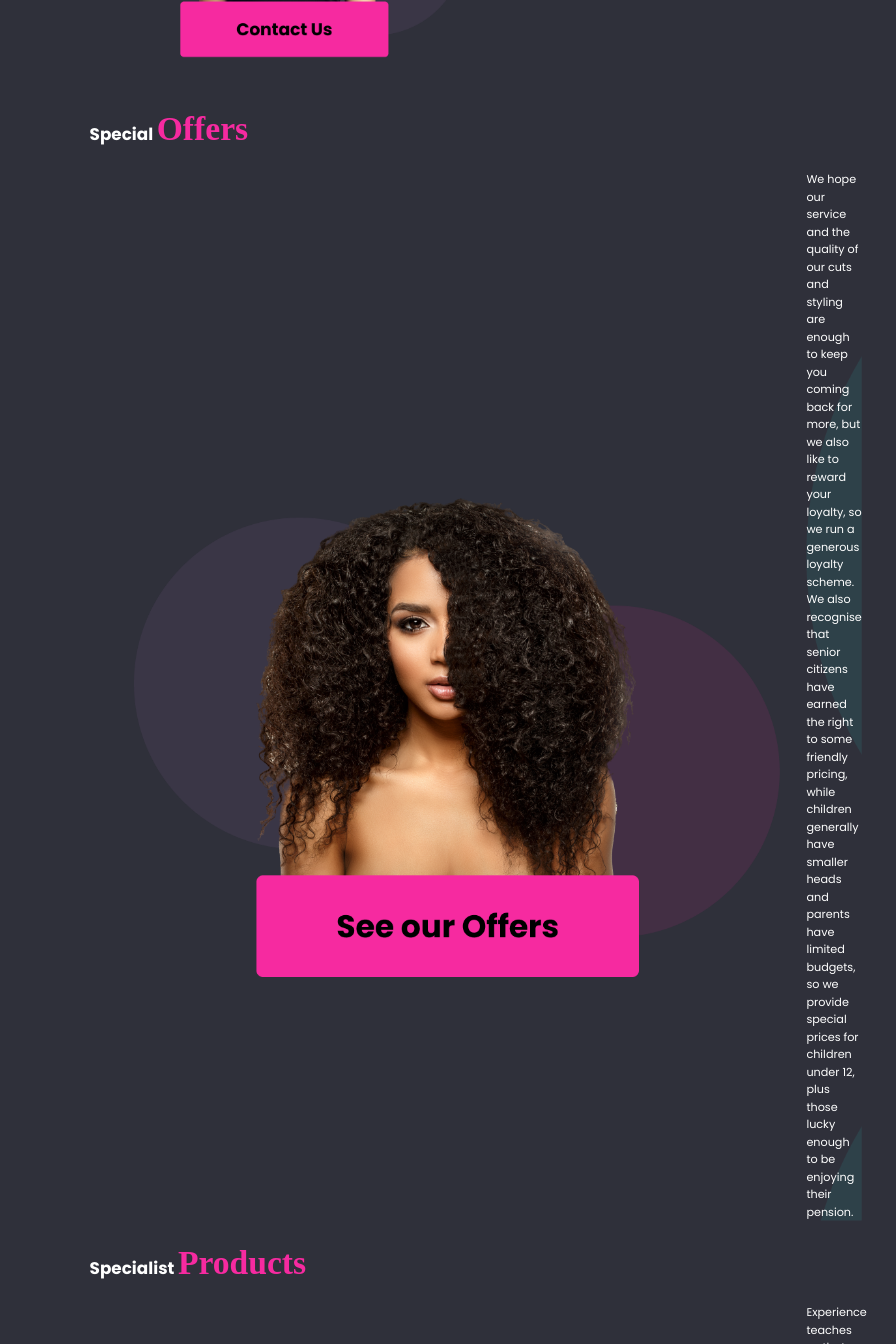
Repository: Troy-Bolt/verustroy-
Page: index.html
The author's editor kept a copy of each file at every save. The page is drawn from the files as they stood at one save, then again after the next save.
The browser window is 1280 px wide. The pictures show the part of the page from y = 3041 to 4961 px (the page is 9380 px tall before and 8412 px after), at 70% of full size.
Backgrounds fixed to the window are drawn as part of the page. Some web fonts or font styles are not loaded; a fallback is used.

Above is the page before, as saved 2022-04-27 09:07:31.

### index.html
<!DOCTYPE html>
<html lang="en">

<head>
    <meta charset="UTF-8">
    <meta http-equiv="X-UA-Compatible" content="IE=edge">
    <meta name="viewport" content="width=device-width, initial-scale=1.0">
    <title>Verus Amor</title>
    <link rel="stylesheet" href="/CSS/style.css">
    <script defer src="navbar.js"></script>
    <link href="https://fonts.googleapis.com/icon?family=Material+Icons" rel="stylesheet">
</head>

<body>
    <header>
        <h1 class="logo"><a class="current" href="/index.html" class="homepage-link">Verus Amor Barbers & Salon</a></h1>
        <input type="checkbox" name="" id="nav-toggle" class="nav-toggle">
        <nav>
            <ul class="size">
                <li><a href="/treatments.html">Treatments & Prices</a></li>
                <li><a href="/team.html">Team & Salon</a></li>
                <li><a href="/contact.html">Contact Us</a></li>
            </ul>
        </nav>
        <label for="nav-toggle" class="nav-toggle-label">
            <span></span>
        </label>
    </header>
    <div class="container">
        <h1 id="top-space">More than just <span>Hair</span></h1>

        <div class="row">

           <a class="colb" href=""><img src="img/AboutUs.png" alt="" class="col"></a>
            <p class="test text col">Verus Amor translates to True Love, something we show everyday in our work. Every
                cut,
                every colour, every shave is done with the utmost love, care and attention to detail. We love what we
                do,
                and nothing makes us happier than seeing our clients walk out of our salon looking their best - proudly
                showing off their new hair style along with a beaming smile. This makes us proud. So if you need a trim
                or
                fancy a new look, come and let us take care of you.</p>
        </div>

        <h1>Ethical <span>Treatments</span></h1>
        <div class="row">

            <a class="colb" href=""> <img src="img/EthTreatments.png" alt=""></a>
            <p class="test text col left-side">We believe in using vegan, sustainable and ethical products that don’t harm
                animals. We
                source from companies that leave less of a footprint on Mother Earth, and check their solutions are
                cruelty-free. You can relax, safe in the knowledge that whatever we’re using to style your hair has been
                checked and comes from an ethical and responsible place. There is enough cruelty in this world, and we
                believe that hairdressers and barbers can do their bit.</p>
        </div>
        <h1>Ladies' <span>Hairdressers</span></h1>
        <div class="row">

            <a class="colb" href="">  <img src="img/MeetDonna.png" alt=""></a>
            <p class="test text col">
                Donna has over two decades of experience cutting, colouring & styling ladies’ hair, with qualifications,
                accreditations & certifications covering everything from the basics of styling to more complex
                treatments. Skilled in blended ombré style & free-hand painted balayage colour techniques, & certified
                for OLAPLEX bond-building technology, this senior stylist is highly skilled in modern and traditional
                hairdressing, offering bespoke service to each client.
            </p>
        </div>
        <h1>Gents' <span>Barber</span></h1>
        <div class="row">

            <a class="colb" href="">  <img src="img/MeetCarl.png" alt=""></a>
            <p class="test text col">
                Master Barber Carl has been crafting fresh, stylish looks for men since before the millennium, & has a
                wealth of experience to help his clients in the barber’s chair. Beards, nasal hair, eyebrows, sideburns,
                modern, classic & traditional hairstyles - whatever the hair, he’ll help you make the most of it &
                ensure you leave feeling like a new man. His purpose in life is to make men look & feel great, and there
                isn’t a style or technique he hasn’t mastered.
            </p>
        </div>
        <h1>Booking <span>Appointments</span></h1>
        <div class="row">

            <a class="colb" href="">   <img src="img/ContactUs.png" alt=""></a>
            <p class="test text col">
                We recommend booking appointments in advance, but we also welcome walk-ins. If you like to have your
                hair done regularly and prefer a certain day of the month then we can make you a regular appointment. If
                you don’t mind sitting in our waiting area while we take care of someone’s hair style, you can enjoy
                watching us do what we do best while sitting in our waiting area, enjoy looking through styling
                magazines or join-in with the conversation.
            </p>
        </div>
        <h1>Special <span>Offers</span></h1>
        <div class="row">
            <img src="img/OurOffers.png" alt="">
            <p class="test text col">
                We hope our service and the quality of our cuts and styling are enough to keep you coming back for more,
                but we also like to reward your loyalty, so we run a generous loyalty scheme. We also recognise that
                senior citizens have earned the right to some friendly pricing, while children generally have smaller
                heads and parents have limited budgets, so we provide special prices for children under 12, plus those
                lucky enough to be enjoying their pension.
            </p>
        </div>
        <h1>Specialist <span>Products</span></h1>
        <div class="row">
            <img src="img/Services&Prices.png" alt="">
            <p class="test text col">
                Experience teaches us that using premium products doesn’t have to cost a fortune, but makes a big
                difference to the quality and the desired outcome, so we source the very best products to help us do our
                job properly, and make you look amazing. We are accredited and trained on some of the world’s most
                exciting brands, including OLAPLEX, PULP RIOT and FUDGE. We use these products on you in the salon &
                barbers, also offering them to clients.
            </p>
        </div>
    </div>
    <div class="container">
        <img src="img/ProductBanner.png" alt="" class="full-width">
        <div class="full-width reviews">
            <div class="tests">
                <h1>Our <span>Reviews</span></h1>
            </div>
        </div>
        <div class="carousel">
            <div class="slider">
                <section class="test-1">Always a friendly, professional experience with good advice and prices</section>
                <section class="test-1">Great cut, priced reasonably and lovely people</section>
                <section class="test-1">my wife used the salon  & is very pleased with results</section>
                <section class="test-1">Very nice couple</section>
            </div>
            <div class="control">
                <span class="arrow left">
                    <i class="material-icons">
                        keyboard_arrow_left
                    </i>
                </span>
                <span class="arrow right">
                    <i class="material-icons">
                        keyboard_arrow_right
                    </i>
                </span>
                <ul>
                    <li class="selected"></li>
                    <li></li>
                    <li></li>
                    <li></li>
                </ul>
            </div>
        </div>
    </div>
    <div class="container">
        <h1>Get <span>Directions</span></h1>
        <div class="row">
            <img src="img/FindUs.png" alt="">
            <p class="test text col">
                Experience teaches us that using premium products doesn’t have to cost a fortune, but makes a big
                difference to the quality and the desired outcome, so we source the very best products to help us do our
                job properly, and make you look amazing. We are accredited and trained on some of the world’s most
                exciting brands, including OLAPLEX, PULP RIOT and FUDGE. We use these products on you in the salon &
                barbers, also offering them to clients.
            </p>
        </div>
    </div>
    <iframe
        src="https://www.google.com/maps/embed?pb=!1m14!1m8!1m3!1d2412.6754060766534!2d0.735687!3d52.792161!3m2!1i1024!2i768!4f13.1!3m3!1m2!1s0x0%3A0xb57b11c6038ff279!2sVerus%20Amor%20Barbers%20%26%20Ladies%20Salon!5e0!3m2!1sen!2suk!4v1649070369054!5m2!1sen!2suk"
        width="100%" height="600" style="border:0;" allowfullscreen="" loading="lazy"
        referrerpolicy="no-referrer-when-downgrade"></iframe>


    </div>

    <div class="footer">
    <div class="row">
        <div class="grid">
            <h1 class="grid-main">.</h1>
        </div>
        <div class="gridA">

            <span class="foot">Twitter</span>
            <span class="foot">Facebook</span>

        </div>


   </div>


<div class="row">
    <div class="gridS"></div>
    <div class="gridB">
        <p>01328 633037</p>
        <p>Verus Amor Barbers & Ladies Salon</p>
        <p>The Kiptons, Blenheim Square, West Raynham, NR21 7PA</p>
    </div>
</div>
</body>
<script src="carousel.js"></script>

</html>

### CSS/style.css
@import url('https://fonts.googleapis.com/css2?family=Poppins:ital,wght@0,100;0,200;0,300;0,400;0,500;0,600;0,700;0,800;0,900;1,100;1,200;1,300;1,400;1,500;1,600;1,700;1,800;1,900&family=WindSong:wght@400;500&display=swap');


*, *::before, *::after {
    box-sizing: border-box;
}

/* html,body {
    width: 100%;
    height: 100%;
    padding: 0;
    overflow-x: hidden;
} */

body {
    margin: 0;
    background-color: #2F303A;
    color: #fff;
    font-family: Poppins;
}

#top-space {
    margin-top: 2.6em;
}

.container {
    width: 80%;
    max-width: 1400px;
    margin: 0 auto;
}

h1 {
    font-size: 1.5rem;
}

span {
    color: #F62AA0;
    font-size: 3rem;
}

.test {

    background-image: url('/img/HomePageTextBubble.png');

}


img {
    max-width: 100%;
    width: 50%;
    object-fit:scale-down;
}


.text {
    align-self: center;
}

@media (min-width: 800px) {
    .row {
        display: flex;
        justify-content: space-between;
    }
}

@media (max-width: 800px) {
    img {
        width: 100%;
    }
}

.row img{
    flex:70%;
    width: 100%;
}

.row p {
  flex:90%
}
span {
    font-family: 'WindSong', cursive;
}

.full-width {
    width: 100%;
}

.footer {
    /* background-image: url('/img/Footer.png'); */
    width: 100%;
    background-size: contain;
    background-repeat: no-repeat ;
    /* padding-top: 2.5em; */
    /* padding: 2.5em; */
}

@import url('https://fonts.googleapis.com/icon?family=Material+Icons');

.carousel {
    height: 600px;
    overflow: hidden;
    position: relative;
    border-radius: 5px;
    box-shadow: 0 0 4px rgba(0, 0, 0, 0.2), 0 4px 10px rgba(0, 0, 0, 0.1);
  }
  .slider {
    display: flex;
    height: 100%;
    width: 400%;
  }
  .slider section {
    flex-basis: 100%;
    justify-content: center;
    align-items: center;
    display: flex;
    font-size: 20px;
  }
  .left, .right {
    position: absolute;
    top: 50%;
    transform: translateY(-50%);
    cursor: pointer;
  }
  .arrow i {
    font-size: 70px;
    -webkit-user-select: none;
    color: #CDCDCD;
  }
  .left {
    left: 10px;
  }
  .right {
    right: 10px;
  }
  .control ul {
    list-style: none;
    display: flex;
    position: absolute;
    bottom: 0;
    left: 50%;
    margin: 0;
    padding: 0;
    transform: translate(-50%);
  }
  .control ul li {
    width: 10px;
    height: 10px;
    background: #333;
    border: 2px solid #333;
    border-radius: 50px;
    margin: 10px;
    cursor: pointer;

  }
  .control ul li.selected {
    background: transparent;
  }

  .test-1 {
      background-image: url(../img/Choosing-1.png);
      background-repeat: no-repeat;
      background-attachment: fixed;
      background-size: cover;
  }


@media (max-width: 600px) {
    .test-1{
        padding-left:4rem;
        padding-right:2rem;
    }

    .test-2{
        padding-left:4rem;
        padding-right:2rem;
    }
}




.reviews h1 {
    margin: 0;
}


/* nav */

.logo {
    font-size: 1.5rem;
    }

    header {
        background: #202027;
        text-align: center;
        position: fixed;
        z-index: 999;
        width: 100%;
        top: 0;
    }

    .nav-toggle {
        display: none;
    }

    .nav-toggle-label {
        position: absolute;
        top: 0;
        left: 0;
        margin-left: 1em;
        height: 100%;
        display: flex;
        align-items: center;
    }

    .nav-toggle-label span,
    .nav-toggle-label span::before,
    .nav-toggle-label span::after {
        display: block;
        background: #fff;
        height: 2px;
        width: 0.4em;
        border-radius: 2px;
        position: relative;
    }

    .nav-toggle-label span::before,
    .nav-toggle-label span::after {
        content: '';
        position: absolute;
    }

    .nav-toggle-label span::before {
        bottom: 7px;
    }
    .nav-toggle-label span::after {
        top: 7px;
    }

    nav {
        position: absolute;
        text-align: left;
        top: 100%;
        left: 0;
        background: #202027;
        width: 100%;
        transform: scale(1, 0);
        transform-origin: top;
        transition: transform 400ms ease-in-out;
    }

    nav ul {
        margin: 0;
        padding: 0;
        list-style: none;
    }

    nav li {
        margin-bottom: 1em;
        margin-left: 1em;
    }

    nav a {
        color: white;
        text-decoration: none;
        font-size: 1rem;
        opacity: 0;
        transition: opacity 150ms ease-in-out;
    }

    nav a:hover {
    color: gold;
    }

    .current {
        color: #fff;
    }

    li a:is(:link,:active).active {
        background-color: #443144;
        padding: 1.5rem;
        color: #443144;
    }
    a:is(:link,:active).active {
        color: gold;
    }

    nav:visited{
        text-decoration: none;
    }

    .nav-toggle:checked ~ nav{
    transform: scale(1, 1);
    }

    .nav-toggle:checked ~ nav a {
        opacity: 1;
        transition: opacity 250ms ease-in-out 250ms;
    }

    @media screen and (min-width: 1000px) {
        .nav-toggle-label {
            display: none;
        }
        header {
            display: grid;
            grid-template-columns: 1fr auto minmax(600px, 3fr) 1fr;
        }
        .logo {
            grid-column: 2 / 3;
        }
        nav {
            all: unset;
            grid-column: 3 / 4;
            display: flex;
            justify-content: flex-end;
            align-items: center;
        }
        nav a {
            opacity: 1;
            position: relative;
        }
        nav a::before {
            content: ' ';
            display: block;
            height: 5px;
            background: #DFAF1F;
            position: absolute;
            top: -.75em;
            left: 0;
            right: 0;
            transform: scale(0, 1);
            transition: transform ease-in-out 250ms;
        }
        nav a:hover::before {
            transform: scale(1, 1);
        }
        nav ul {
            display: flex;
            justify-content: flex-end;
        }
        nav li {
            margin-left: 3em;
            margin-bottom: 0;
        }
    }

    @media (min-width: 1900px) {
    .logo {
        font-size: 3rem;
    }
    nav a {
        font-size: 1.5rem;
    }
}

    /* @media (min-width: 0px) {
        p { font-size: 1rem; }
        h4 { font-size: 1.5rem; }
        h3 { font-size: 2rem; }
        h2 {font-size: 2.5rem}
        h1 {font-size: 3rem}
        span { font-size: 5rem}
      }

      @media (min-width: 400px) {
        p { font-size: calc(1rem + 1vw); }
        h4 { font-size: calc(1.5rem + 1vw);}
        h3 { font-size: calc(2rem + 1vw);}
        h2 { font-size: calc(2.5rem + 1vw);}
        h1 { font-size: calc(3rem + 1vw);}
        span { font-size: calc(5rem + 1vw);}
      }

      @media (min-width: 1001px){
        p { font-size: 1.75rem; }
        h4 { font-size: 1.75; }
        h3 {font-size: 2.75rem;}
        h2 { font-size: 3.75rem;}
        h1 {font-size: 4.25rem;}
        span {font-size: 6.25rem;}
      } */


      .img-centered {
          width: 100%;
      }

      .space {
          margin-bottom: 4em;
      }

      .pink-text {
          font-size:6rem;
      }

      .footer-layout {
          display: grid;
          grid-auto-rows: repeat(3, 1fr);

      }

      .footer{
        background-image: url('/img/Footer.png');
        width: 100%;
        background-size: cover;
      }

   @media(max-width:400px){
       .footer{
        background-image: url('/img/Footer.png');
        width: 100%;
        background-size: contain;
       }
   }

      .foot{
          padding-left: 1.5rem;
          font-family: "poppins";
          color: white;
            font-size: 1.5rem;





      }


   .grid-main{
       font-size:2.5rem;
      padding-left: 4.5rem;
      margin-top: 6rem;




   }
   @media (max-width: 750px){
         .grid-main{
              font-size:1.5rem;
         }

   }

   /* .grid{
       width: 70%;
         float:left;

   }

   .gridA{
       width: 30%;
         float:left;

   } */

  .gridA{

  }


            @media screen and (min-width: 1000px) {
.gridA{
    width: 25%;
    float:left;
    /* padding-top: 2.5rem; */


}
          }



          .gridB{

        }


                  @media screen and (min-width: 1000px) {
      .gridB{
          width: 50%;
          float:left;
          padding-top: 2.5rem;
          text-align: right;
          padding-right: 6.5rem;


      }
                }

### navbar.js
const activePage = window.location.pathname;
// console.log(activePage);

const navLinks = document.querySelectorAll('nav a').
forEach(link => {
    console.log(link.href);
    if(link.href.includes(`${activePage}`)){

        link.classList.add('active');
    }
})

### carousel.js
const left = document.querySelector('.left');
const right = document.querySelector('.right');

const slider = document.querySelector('.slider');

const indicatorParent = document.querySelector('.control ul');
const indicators = document.querySelectorAll('.control li');
index = 0;

indicators.forEach((indicator, i) => {
  indicator.addEventListener('click', () => {
    document.querySelector('.control .selected').classList.remove('selected');
    indicator.classList.add('selected');
    slider.style.transform = 'translateX(' + (i) * -25 + '%)';
    index = i;

  });
});

left.addEventListener('click', function() {
  index = (index > 0) ? index -1 : 0;
  document.querySelector('.control .selected').classList.remove('selected');
  indicatorParent.children[index].classList.add('selected');
  slider.style.transform = 'translateX(' + (index) * -25 + '%)';
});

right.addEventListener('click', function() {
  index = (index < 4 - 1) ? index+1 : 3;
  document.querySelector('.control .selected').classList.remove('selected');
  indicatorParent.children[index].classList.add('selected');
  slider.style.transform = 'translateX(' + (index) * -25 + '%)';
});

After the next save:
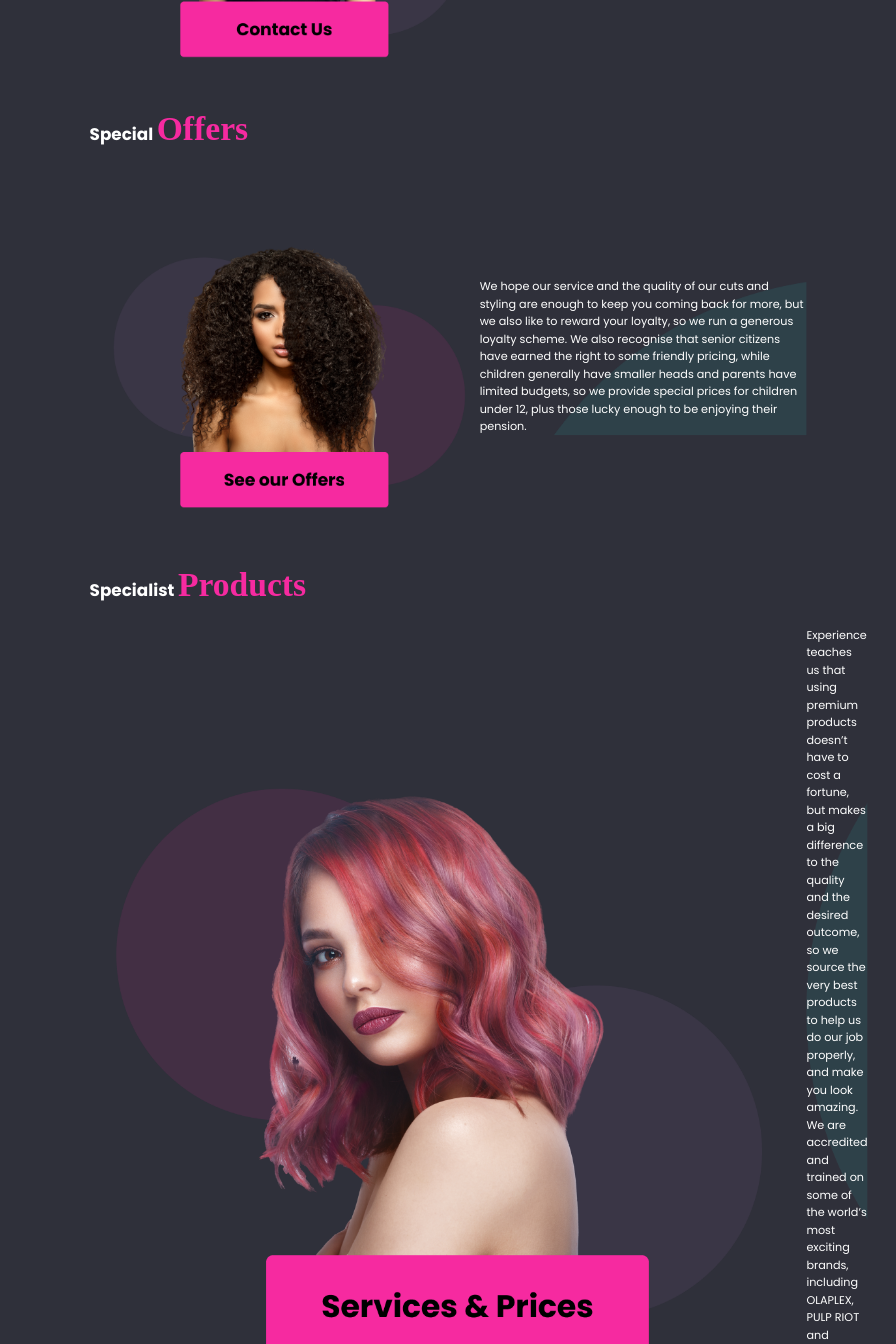
Saved 12 s later.
--- a/index.html
+++ b/index.html
@@ -91,7 +91,8 @@
         </div>
         <h1>Special <span>Offers</span></h1>
         <div class="row">
-            <img src="img/OurOffers.png" alt="">
+
+            <a class="colb" href=""> <img src="img/OurOffers.png" alt=""></a>
             <p class="test text col">
                 We hope our service and the quality of our cuts and styling are enough to keep you coming back for more,
                 but we also like to reward your loyalty, so we run a generous loyalty scheme. We also recognise that
